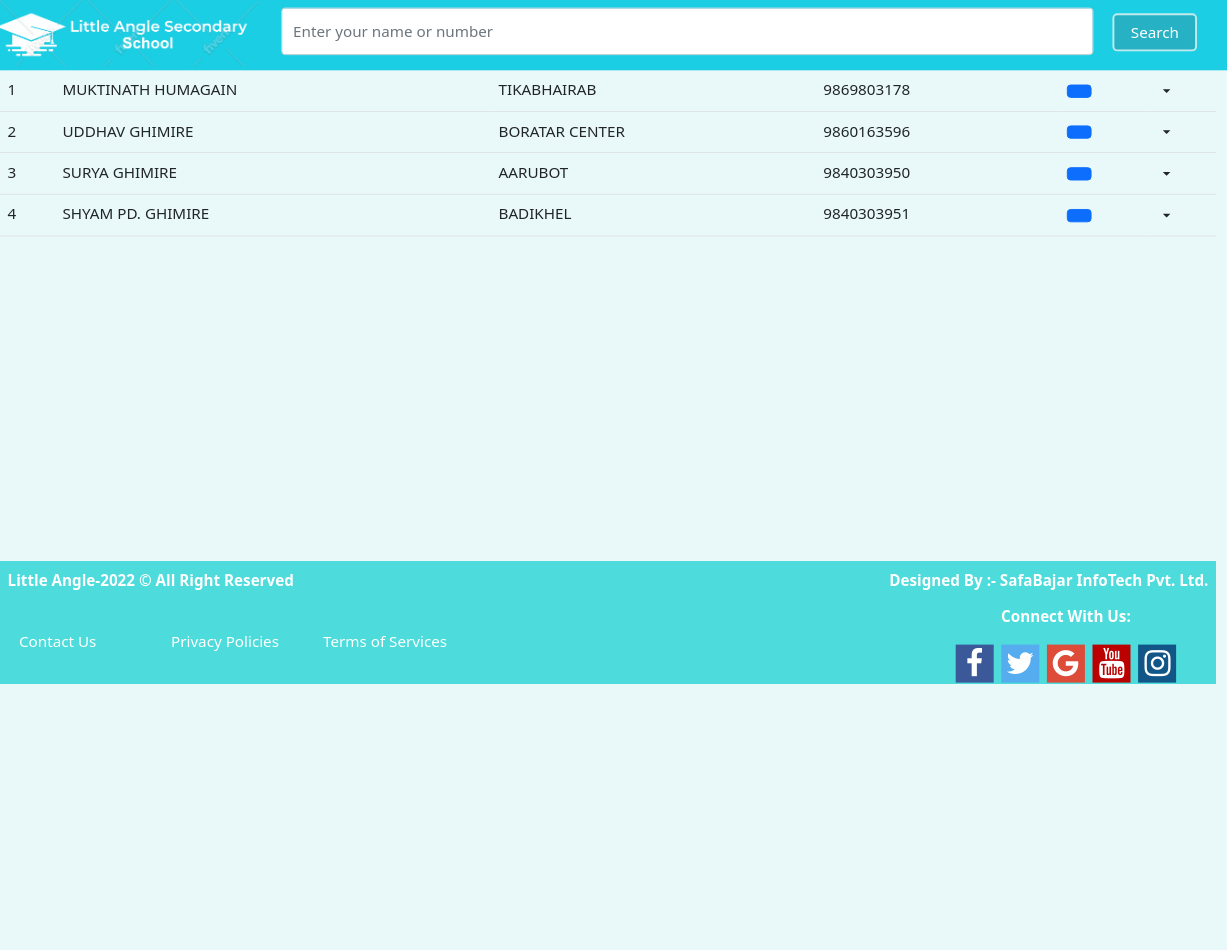
Repository: Sjuicyy/School-Project
Page: profilesview.html
The author's editor kept a copy of each file at every save. The page is drawn from the files as they stood at one save, then again after the next save.
The browser window is 1280 px wide. The page is 1292 px wide, so the pictures cover 1292 px, including what lies to the right of the window. The pictures show the whole page, at 95% of full size.

Above is the page before, as saved 2022-09-22 11:24:48.

After the next save:
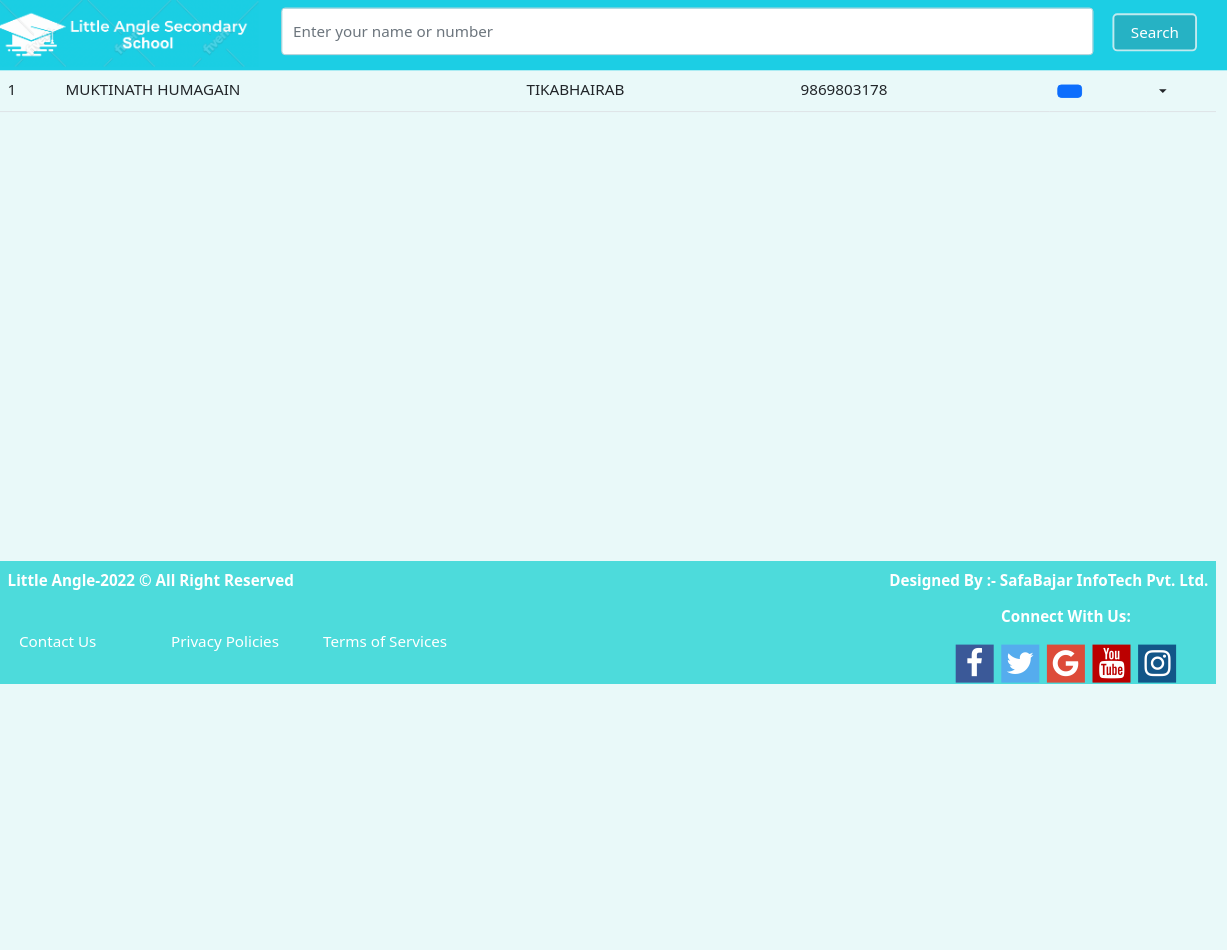
Saved 38 s later.
--- a/profilesview.html
+++ b/profilesview.html
@@ -260,78 +260,7 @@
                         </div>
                     </td>
                 </tr>
-                <tr class="text-nowrap" style="text-transform: uppercase;">
-                    <td>2</td>
-
-                    <td>uddhav ghimire </td>
-                    <td>boratar center </td>
-                    <td><span class=" bg-label-primary me-1">9860163596</span></td>
-                    <td> <a href="agentreport.php" type="button" class="btn btn-primary">
-                            <i class="bx bxs-report" style="color: white;"></i>
-                        </a></td>
-                    <td>
-                        <div class="dropdown">
-                            <button type="button" class="btn p-0 dropdown-toggle hide-arrow" data-bs-toggle="dropdown">
-                                <i class="bx bx-dots-vertical-rounded"></i>
-                            </button>
-
-                            <div class="dropdown-menu">
-                                <a class="dropdown-item" href="agentedit.php?id=45">
-                                    <i class="bx bx-edit-alt me-1"></i> Edit</a>
-                                <a class="dropdown-item" href="agentdelete.php?id=45&amp;Type=Farmer">
-                                    <i class="bx bx-trash me-1"></i> Delete</a>
-                            </div>
-                        </div>
-                    </td>
-                </tr>
-                <tr class="text-nowrap" style="text-transform: uppercase;">
-                    <td>3</td>
-
-                    <td>surya ghimire </td>
-                    <td>aarubot</td>
-                    <td><span class=" bg-label-primary me-1">9840303950</span></td>
-                    <td> <a href="agentreport.php" type="button" class="btn btn-primary">
-                            <i class="bx bxs-report" style="color: white;"></i>
-                        </a></td>
-                    <td>
-                        <div class="dropdown">
-                            <button type="button" class="btn p-0 dropdown-toggle hide-arrow" data-bs-toggle="dropdown">
-                                <i class="bx bx-dots-vertical-rounded"></i>
-                            </button>
-
-                            <div class="dropdown-menu">
-                                <a class="dropdown-item" href="agentedit.php?id=66">
-                                    <i class="bx bx-edit-alt me-1"></i> Edit</a>
-                                <a class="dropdown-item" href="agentdelete.php?id=66&amp;Type=Farmer">
-                                    <i class="bx bx-trash me-1"></i> Delete</a>
-                            </div>
-                        </div>
-                    </td>
-                </tr>
-                <tr class="text-nowrap" style="text-transform: uppercase;">
-                    <td>4</td>
-
-                    <td>shyam pd. ghimire </td>
-                    <td>badikhel</td>
-                    <td><span class=" bg-label-primary me-1">9840303951</span></td>
-                    <td> <a href="agentreport.php" type="button" class="btn btn-primary">
-                            <i class="bx bxs-report" style="color: white;"></i>
-                        </a></td>
-                    <td>
-                        <div class="dropdown">
-                            <button type="button" class="btn p-0 dropdown-toggle hide-arrow" data-bs-toggle="dropdown">
-                                <i class="bx bx-dots-vertical-rounded"></i>
-                            </button>
-
-                            <div class="dropdown-menu">
-                                <a class="dropdown-item" href="agentedit.php?id=67">
-                                    <i class="bx bx-edit-alt me-1"></i> Edit</a>
-                                <a class="dropdown-item" href="agentdelete.php?id=67&amp;Type=Farmer">
-                                    <i class="bx bx-trash me-1"></i> Delete</a>
-                            </div>
-                        </div>
-                    </td>
-                </tr>
+
             </tbody>
         </table>
     </div>
